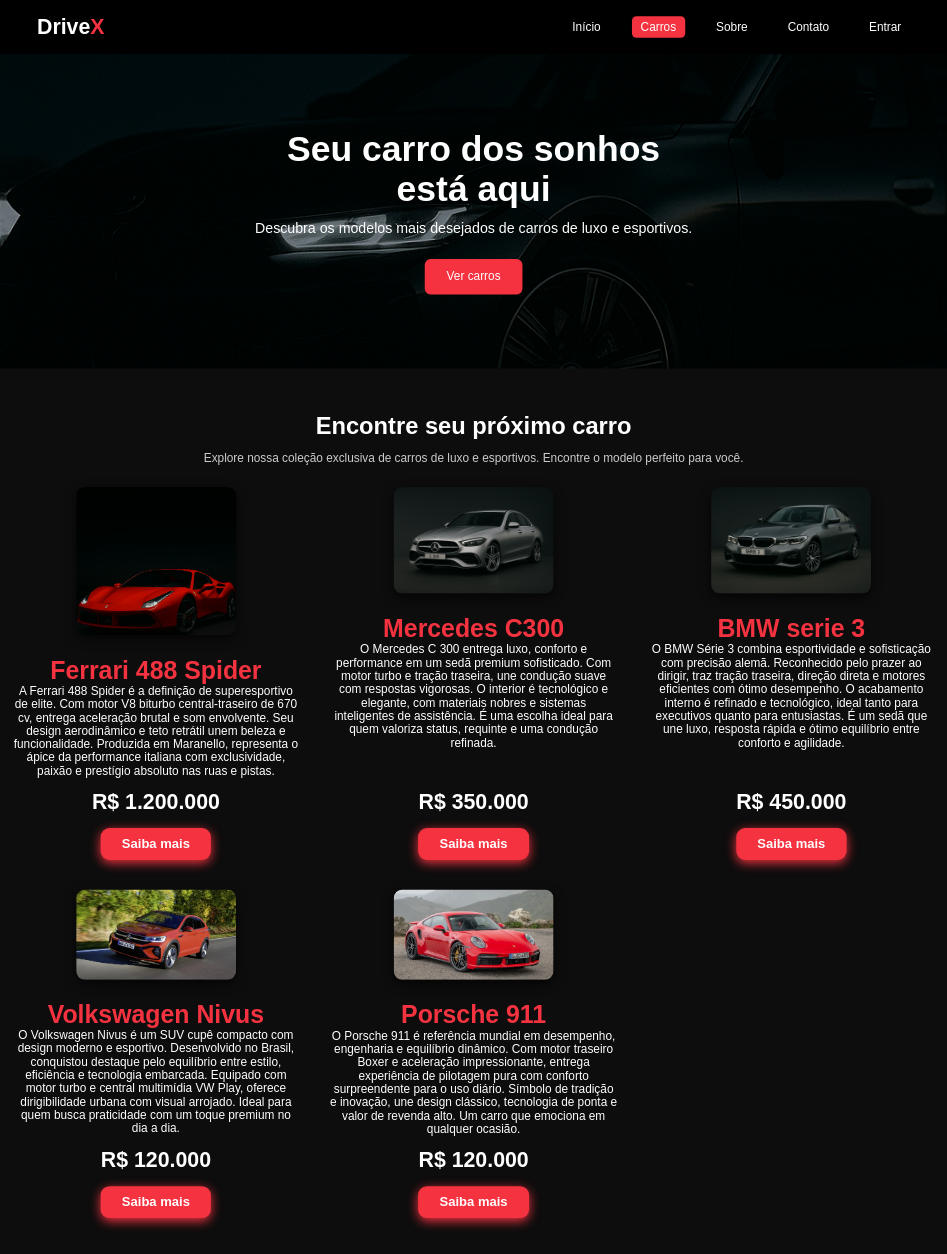
Repository: Mateushlp/DriveX
Page: index.html
These files come from the project's save history. The page is drawn as it stood at one moment and after a run of saves; the edit follows.
The browser window is 1280 px wide. The pictures show the whole page, at 74% of full size.

Above is the page before, as saved 2025-06-24 22:46:08.

After the next 3 saves:
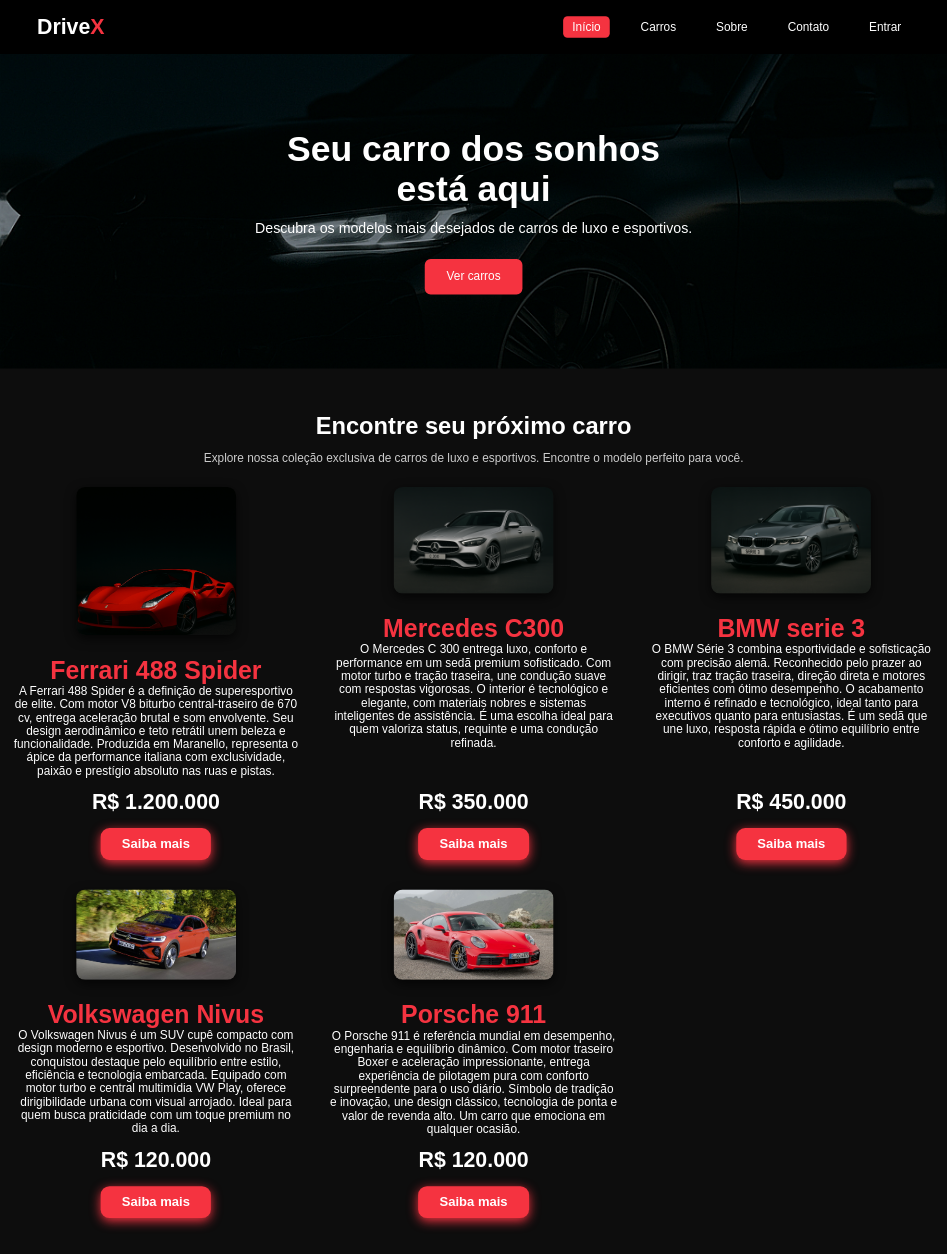
The 3 saves are shown as one change because they came seconds apart.
The last was saved 25 s later.
--- a/index.html
+++ b/index.html
@@ -13,8 +13,8 @@
   </div>
   <nav>
     <ul id="menu-principal">
-      <li><a href="index.html">Início</a></li>
-      <li><a href="carros.html" class="active">Carros</a></li>
+      <li><a href="index.html" class="active">Início</a></li>
+      <li><a href="carros.html" >Carros</a></li>
       <li><a href="sobre.html">Sobre</a></li>
       <li><a href="contato.html">Contato</a></li>
       <li id="link-login"><a href="login.html">Entrar</a></li>
